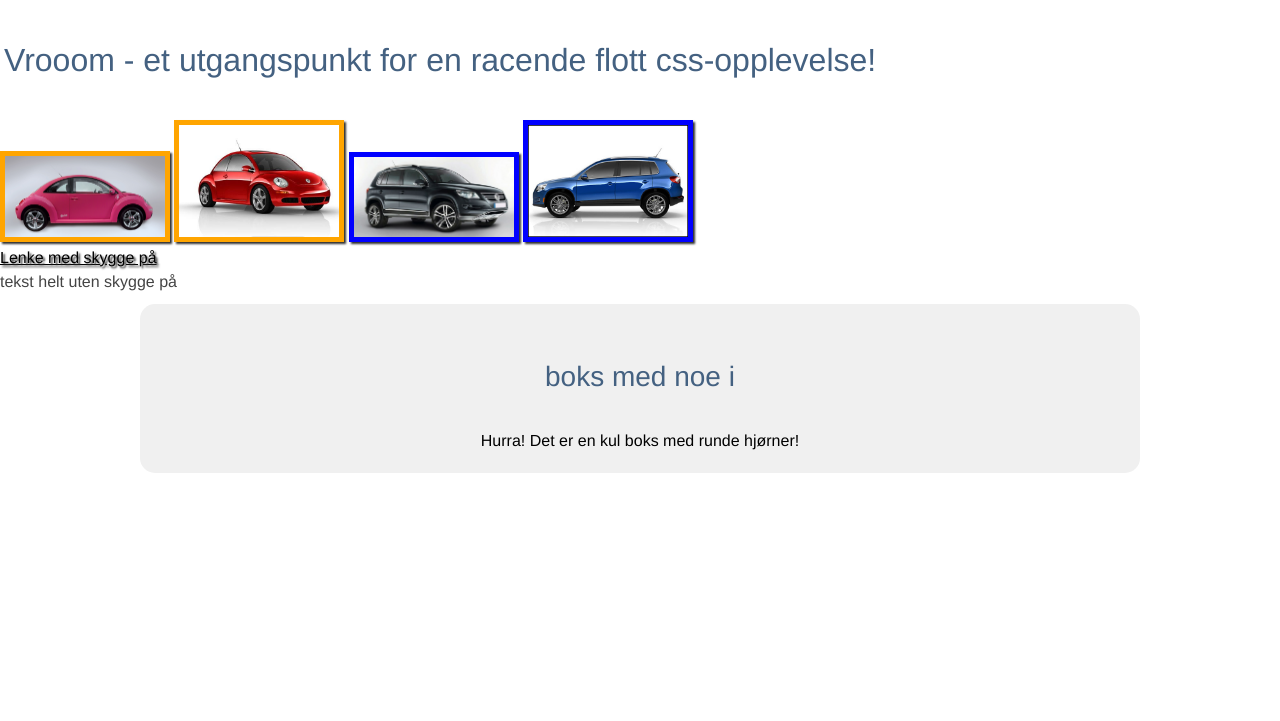
Repository: mesan/css-kurs
Page: kode/wroom/index.html
The author's editor kept a copy of each file at every save. The page is drawn from the files as they stood at one save, then again after the next save.
The browser window is 1280 px wide. The pictures show the whole page.

Above is the page before, as saved 2013-01-21 21:38:05.

### kode/wroom/index.html
<!DOCTYPE html>
<html lang="en">
	<head>
		<meta charset="utf-8" />
		<link rel="stylesheet" type="text/css" href="styles/reset.css"/>
		<link rel="stylesheet" type="text/css" href="styles/examples.css"/>

		<!-- Always force latest IE rendering engine (even in intranet) & Chrome Frame
		Remove this if you use the .htaccess -->
		<meta http-equiv="X-UA-Compatible" content="IE=edge,chrome=1" />

		<title>Vrooom!</title>
		<meta name="description" content="" />
		<meta name="viewport" content="width=device-width; initial-scale=1.0" />

	</head>

	<body>
		<div>
			<header>
				<h1>Vrooom - et utgangspunkt for en racende flott css-opplevelse!</h1>
			</header>

			<div>
				<!--fjernes-->
				<img src="images/volkswagen-beetle-pink.jpg" />
				<img src="images/volkswagen-beetle-red.jpg" />
				<img src="images/volkswagen-tiguan-nero.jpg" />
				<img src="images/volkswagen-tiguan.jpg" />
				<br />
				<p>
					<a href="#">Lenke med skygge på</a>
				</p>
				<p>tekst helt uten skygge på</p>
			</div>

			<div class="container">
				<h2>boks med noe i</h2>
				<p>
					Hurra! Det er en kul boks med runde hjørner!
				</p>
			</div>
			<footer>
				<p>

				</p>
			</footer>
		</div>
	</body>
</html>

### kode/wroom/styles/reset.css
@charset "utf-8";
/* --------------------------------------------------------------
-----------------------------------------------------------------

	DEFINITIONS: HTML5 DOCTOR
	AUTHOR:      HTML5 DOCTOR
	VERSION:     2012-02-20

/*  RESET
-----------------------------------------------------------------------------------------------
===============================================================================================*/
/* http://meyerweb.com/eric/tools/css/reset/ */
html,body,div,span,applet,object,iframe,h1,h2,h3,h4,h5,h6,p,blockquote,pre,a,abbr,acronym,address,big,cite,code,del,dfn,em,img,ins,kbd,q,s,samp,small,strike,strong,sub,sup,tt,var,b,u,i,center,dl,dt,dd,ol,ul,li,fieldset,form,label,legend,table,caption,tbody,tfoot,thead,tr,th,td,article,aside,canvas,details,figcaption,figure,footer,header,hgroup,menu,nav,section,summary,time,mark,audio,video{
  margin:0;
  padding:0;
  border:0;
  outline:0;
  font-size:100%;
  font:inherit;
  vertical-align:baseline;
}
/* HTML5 display-role reset for older browsers */
article,aside,details,figcaption,figure,footer,header,hgroup,menu,nav,section{
  display:block;
}
nav ul{
  list-style:none;
}
table{
  border-collapse:collapse;
  border-spacing:0;
}

### kode/wroom/styles/examples.css

html{
    margin-bottom: 1px;
    min-height: 100%;
}
body {
    background: #FFFFFF;
    color: #444;
    font-family: Helvetica, Arial, sans-serif;
    font-size: 62.5%;
    font-size: 16px;
}

/****************
 * Nesting and grouping
 ****************/

/* Grouping - flere selektorer, samme stil. Litt mindre kode */
h1, h2, h3{
    color: #446181;
    line-height: 2.500em;
    margin: 0.625em 0.125em;
}

h1{ font-size: 2.000em; }
h2{ font-size: 1.750em; }
h3{ font-size: 1.500em; }


p{
    font-size: 1em;
    line-height: 1.5;
}
.container{
    background: #F0F0F0;
    width: 75%;

    margin-left:auto;
    margin-right:auto;

    padding: 1.250em;
    margin-top: 0.625em;
    text-align: center;

    border-radius: 0.938em;
    -moz-border-radius: 0.938em;
    -webkit-border-radius: 0.938em;
}

/* Nesting - spesifisering av stil - selector inni selector */
.container p{
    color:#000000;
}

/***************
 * CSS3-selectors
 ***************/

/*Velger alle img-elementer på siden hvis src-atributt starter med "images"*/
img[src^="images"]{
	border: 5px solid orange;
}

/*Velger alle img-elementer på siden hvis src-atributt inneholder "tiguan"*/
img[src*="tiguan"]{
    border: 5px solid blue;
}

/*Velger alle img-elementer på siden hvis src-atributt slutter på ".jpg" */
img[src$=".jpg"]{
    width: 10em;

    box-shadow: 2px 2px 2px #2F2F2F;
}

/*Velger alle a-elementer på siden hvis href-atributt inneholder  "#" */
/* text-shadow med verdiene i rekkefølgen:
 ** horisontal plassering (kan også være negativ eller 0)
 ** vertikal plassering (kan også være negativ eller 0)
 ** blur (valgfri)
 ** farge */
a[href*="#"]{
    color: black;
    text-shadow: 2px 2px 2px #2F2F2F;
}

After the next save:
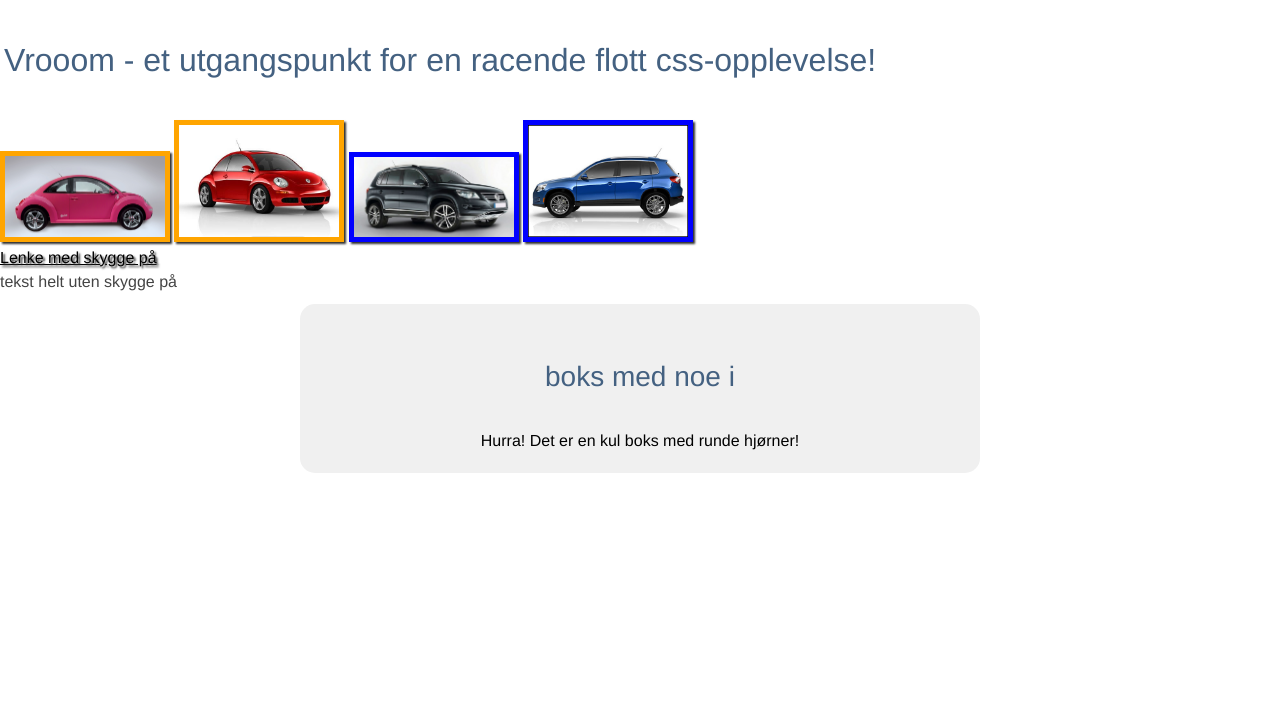
Saved 68 s later.
--- a/kode/wroom/styles/examples.css
+++ b/kode/wroom/styles/examples.css
@@ -33,7 +33,7 @@ p{
 }
 .container{
     background: #F0F0F0;
-    width: 75%;
+    width: 50%;
 
     margin-left:auto;
     margin-right:auto;
